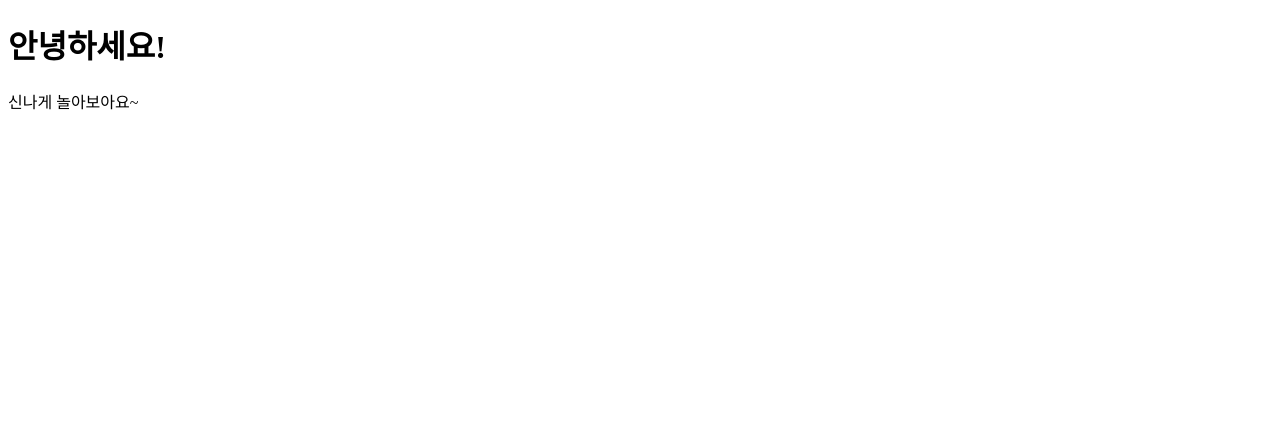
Repository: raehui/web_work
Page: Hello/src/main/webapp/sub/play.html
An editor plug-in stored every save of this project. The page is shown before and after the next save, followed by the edit.
The browser window is 1280 px wide. The pictures show the whole page.

Above is the page before, as saved 2025-01-02 08:07:53.

### Hello/src/main/webapp/sub/play.html
<!DOCTYPE html>
<html>
<head>
<meta charset="UTF-8">
<title>/sub/play.html</title>
</head>
<body>
	<h1>안녕하세요!</h1>
	<p>신나게 놀아보아요~</p>


</body>
</html>

After the next save:
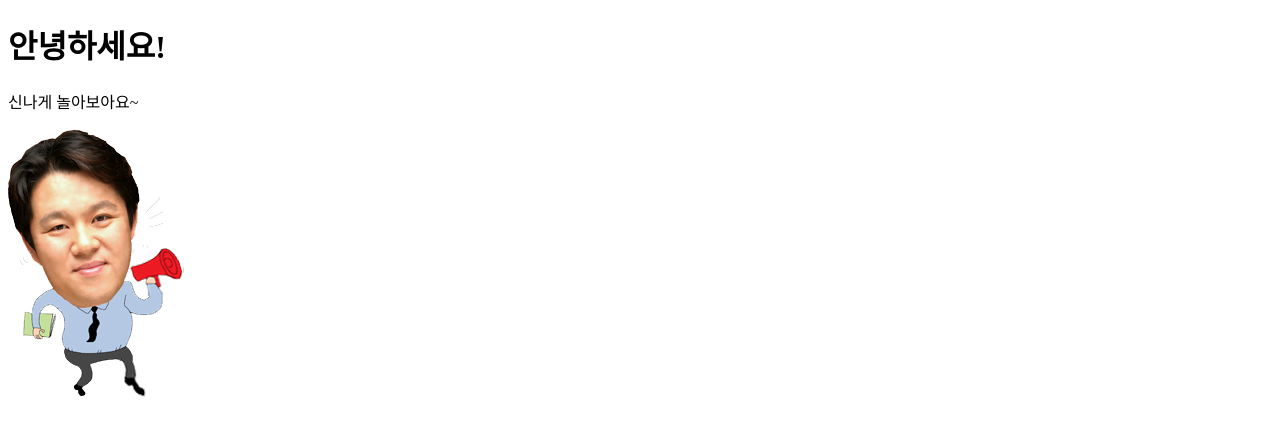
Saved 116 s later.
--- a/Hello/src/main/webapp/sub/play.html
+++ b/Hello/src/main/webapp/sub/play.html
@@ -7,6 +7,7 @@
 <body>
 	<h1>안녕하세요!</h1>
 	<p>신나게 놀아보아요~</p>
+	<img src="../images/kim1.png" alt="" />
 
 
 </body>
